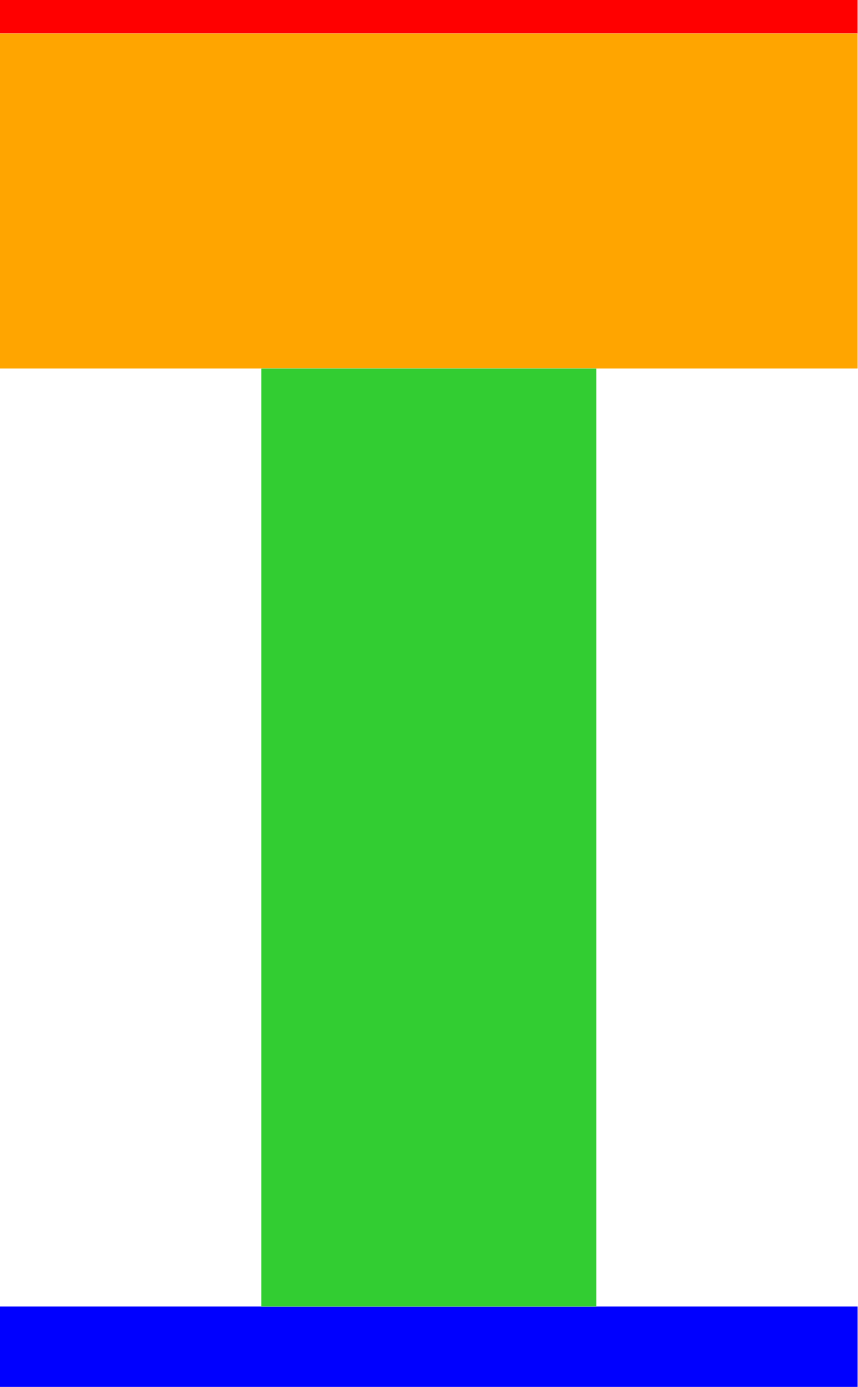
Repository: yuuyatada/API_sample_app
Page: htmlCP4/CP4index.html
The author's editor kept a record of every edit. The page is drawn from the files as they stood at one moment, then again after the next edit.
The browser window is 1280 px wide. The pictures show the whole page, at 67% of full size.

Above is the page before.

After the next edit:
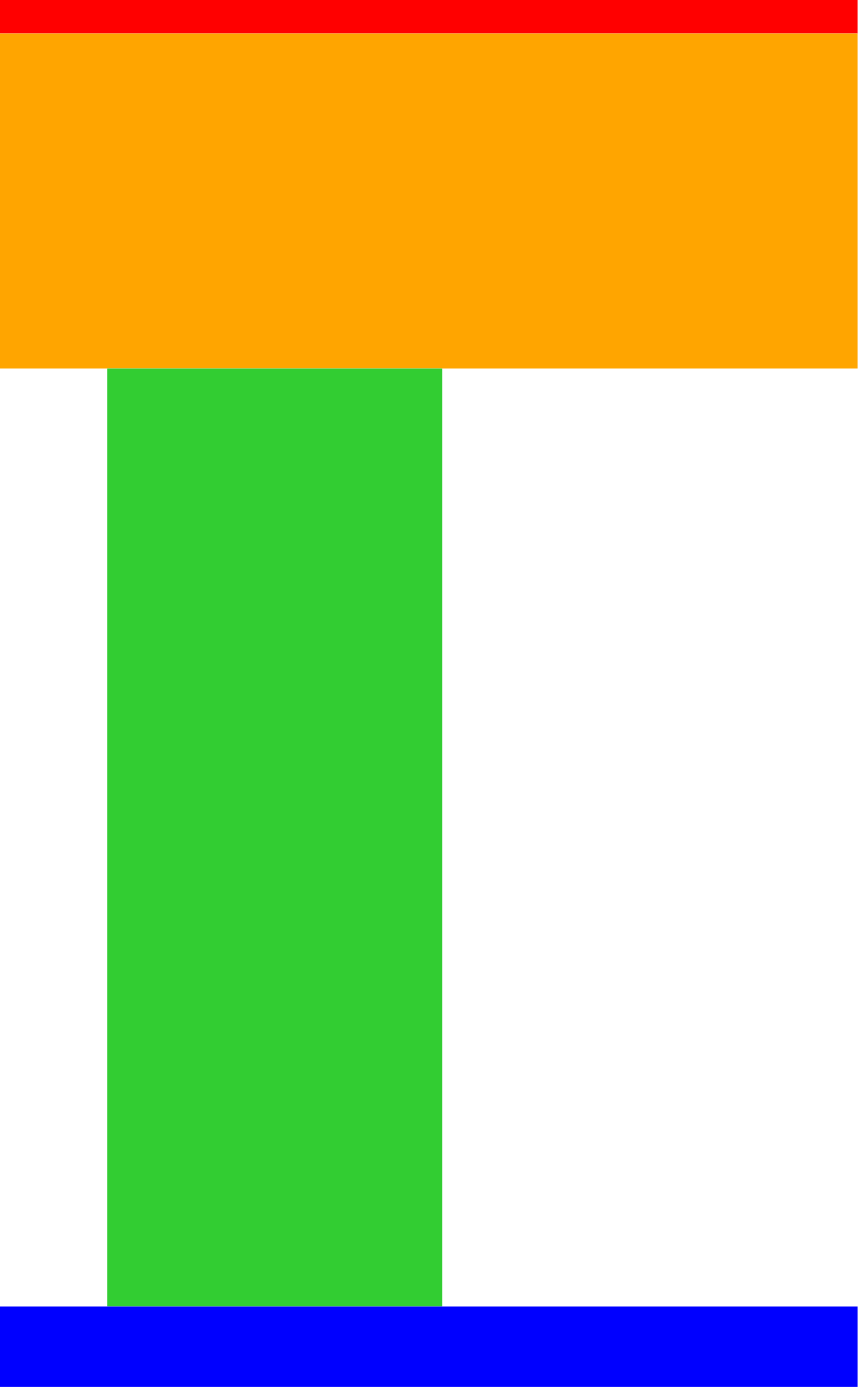
The edit:
--- a/htmlCP4/CP4style.css
+++ b/htmlCP4/CP4style.css
@@ -21,6 +21,7 @@
 .main{
     width: 960px;
     height:1400px;
+    background-color: limegreen
     display: flex;
     justify-content:center;
     margin: 0  auto ;
